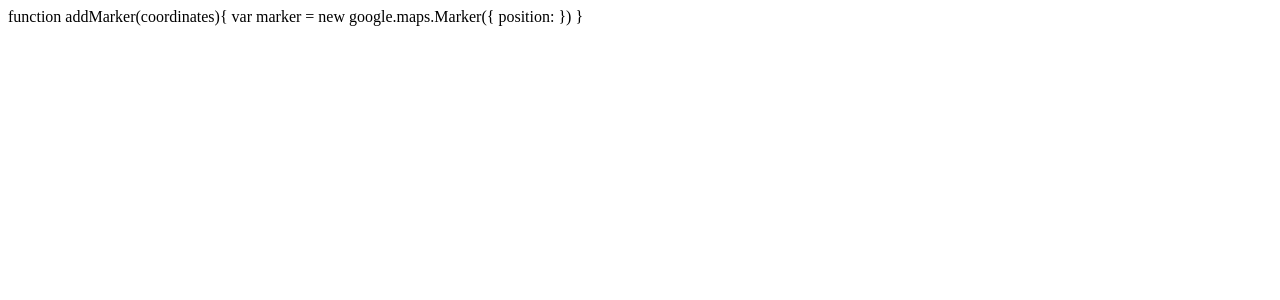
Repository: MaydayBR/creating-an-Event
Page: home.html
These files come from the project's save history. The page is drawn as it stood at one moment and after a run of saves; the edit follows.
The browser window is 1280 px wide. The pictures show the whole page.

Above is the page before, as saved 2024-10-01 23:34:35.

After the next 2 saves:
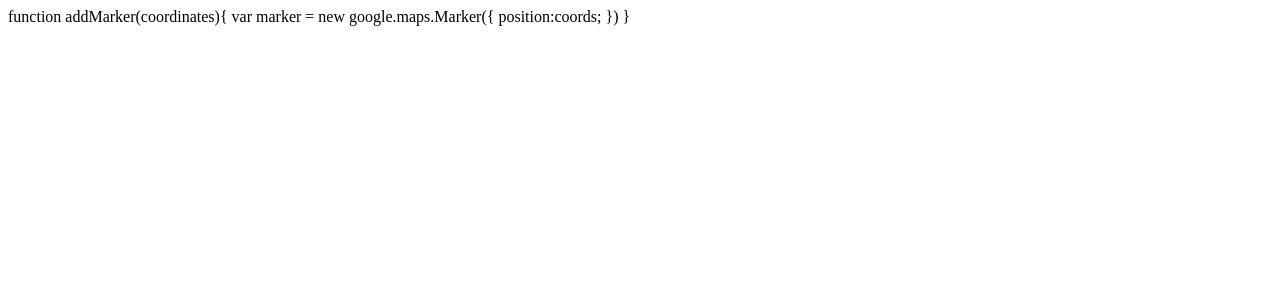
The 2 saves are shown as one change because they came seconds apart.
The last was saved 6 s later.
--- a/home.html
+++ b/home.html
@@ -6,6 +6,7 @@
 
 function addMarker(coordinates){
     var marker = new google.maps.Marker({
-        position:
+        position:coords;
+
     })
 }
